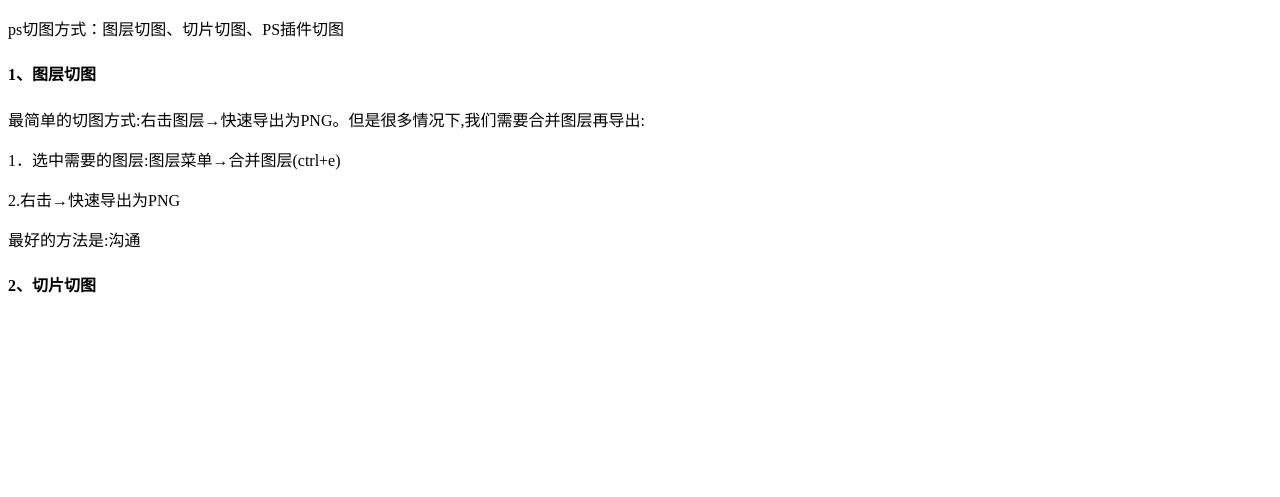
Repository: zhengdeya/web-based
Page: 38-PS切图.html
The author's editor kept a copy of each file at every save. The page is drawn from the files as they stood at one save, then again after the next save.
The browser window is 1280 px wide. The pictures show the whole page.

Above is the page before, as saved 2021-04-14 19:35:07.

### 38-PS切图.html
<!DOCTYPE html>
<html lang="en">

<head>
    <meta charset="UTF-8">
    <meta http-equiv="X-UA-Compatible" content="IE=edge">
    <meta name="viewport" content="width=device-width, initial-scale=1.0">
    <title>PS切图</title>
</head>

<body>
    <p>ps切图方式：图层切图、切片切图、PS插件切图</p>
    <h4>1、图层切图</h4>
    <p>最简单的切图方式:右击图层→快速导出为PNG。但是很多情况下,我们需要合并图层再导出:</p>
    <p>1．选中需要的图层:图层菜单→合并图层(ctrl+e)</p>
    <p>2.右击→快速导出为PNG</p>
    <p>最好的方法是:沟通</p>

    <h4>2、切片切图</h4>

</body>

</html>

After the next save:
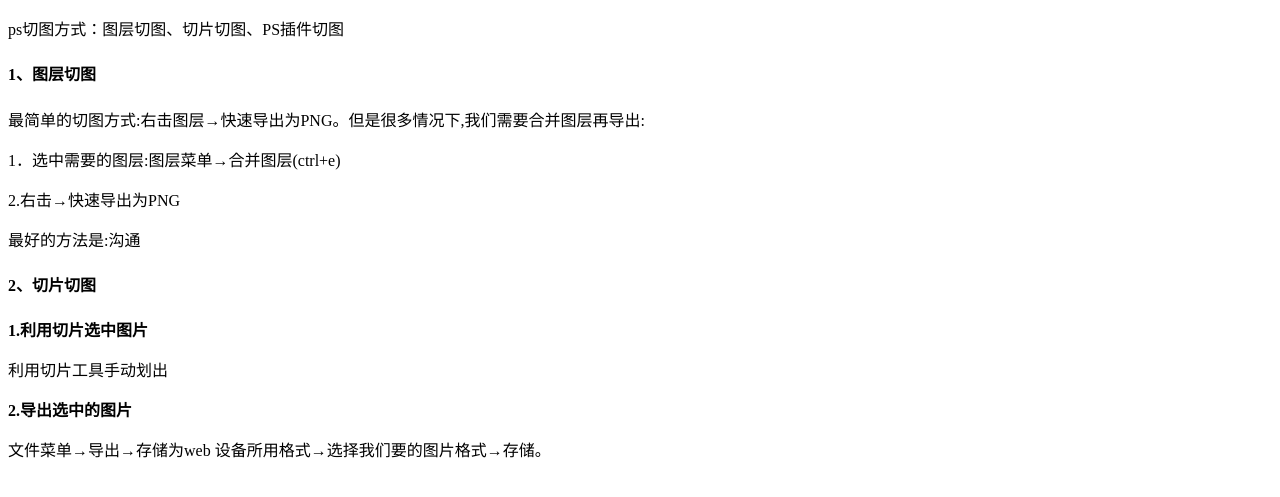
Saved 2 min 7 s later.
--- a/38-PS切图.html
+++ b/38-PS切图.html
@@ -17,6 +17,10 @@
     <p>最好的方法是:沟通</p>
 
     <h4>2、切片切图</h4>
+    <strong>1.利用切片选中图片</strong>
+    <p>利用切片工具手动划出</p>
+    <strong>2.导出选中的图片</strong>
+    <p>文件菜单→导出→存储为web 设备所用格式→选择我们要的图片格式→存储。</p>
 
 </body>
 
